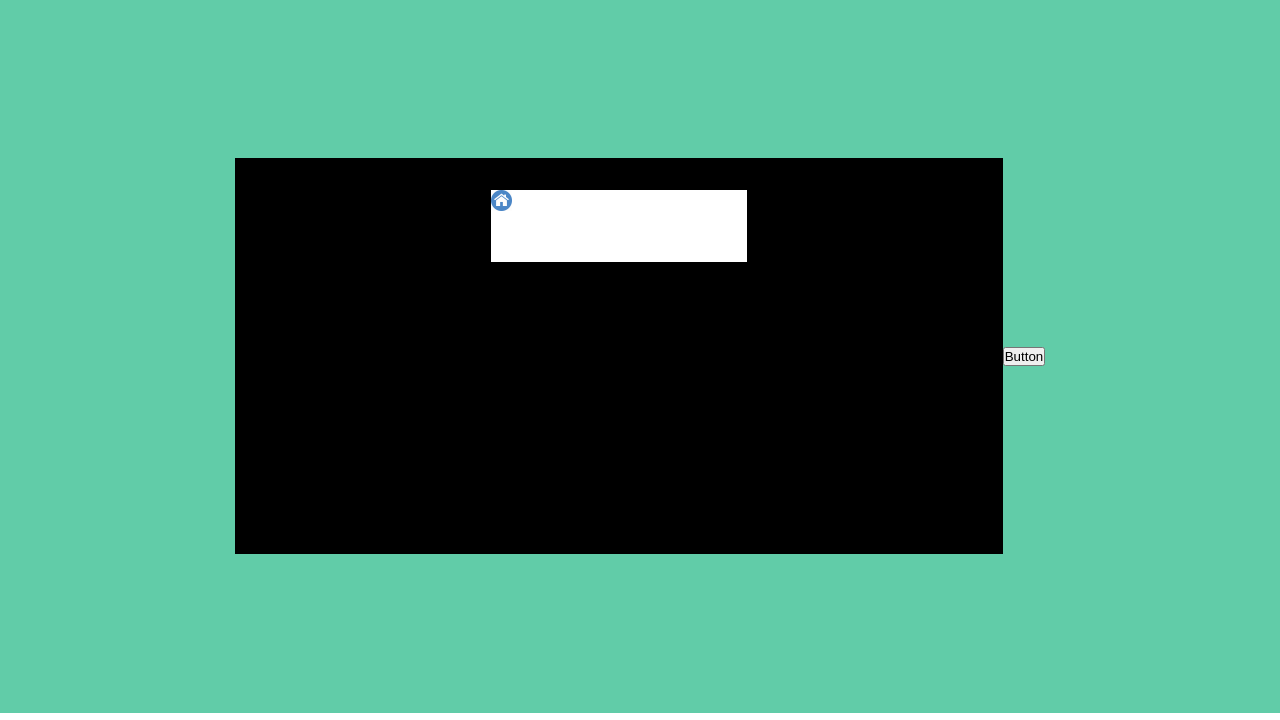
Repository: gitveerak/git-message-chat
Page: demo/demo1.html
The author's editor kept a copy of each file at every save. The page is drawn from the files as they stood at one save, then again after the next save.
The browser window is 1280 px wide. The pictures show the whole page.

Above is the page before, as saved 2025-04-20 18:09:28.

### demo/demo1.html
<!DOCTYPE html>
<html lang="en">
<head>
    <meta charset="UTF-8">
    <meta name="viewport" content="width=device-width, initial-scale=1.0">
    <title>Demo Page</title>
    <style>
        *{
            padding: 0;
            margin: 0;
            box-sizing: border-box;
        }
        .wrap{
            height: 99vh;
            width: 100vw;
            background-color: rgb(97, 204, 168);
            display: flex;
            justify-content: center;
            align-items: center;
        }
        .wrap_inner{
            background-color: black;
            width: 60vw;
            height: 55vh;
            position: relative;
        }
        .icon_bar{
            position: absolute;
            top: 2em;
            left: 50%;
            transform: translateX(-50%);
            width: 20vw;
            height: 10vh;
            background-color: white;
        }
    </style>
</head>
<body>
    <div class="wrap">
        <div class="wrap_inner">
            <div class="icon_bar">
                <img class="img_icon" src="home.png" alt="home_png">
            </div>
        </div>
        <button type="button" onclick="btn()">Button</button>
    </div>
    <script>
        // const icon = document.querySelector('.icon');
        // function btn() {
        //     icon.style.display='block';
        //     setTimeout(() => {
        //     icon.style.display='none';
        //     }, 6000);
        // }
    </script>
</body>
</html>

After the next save:
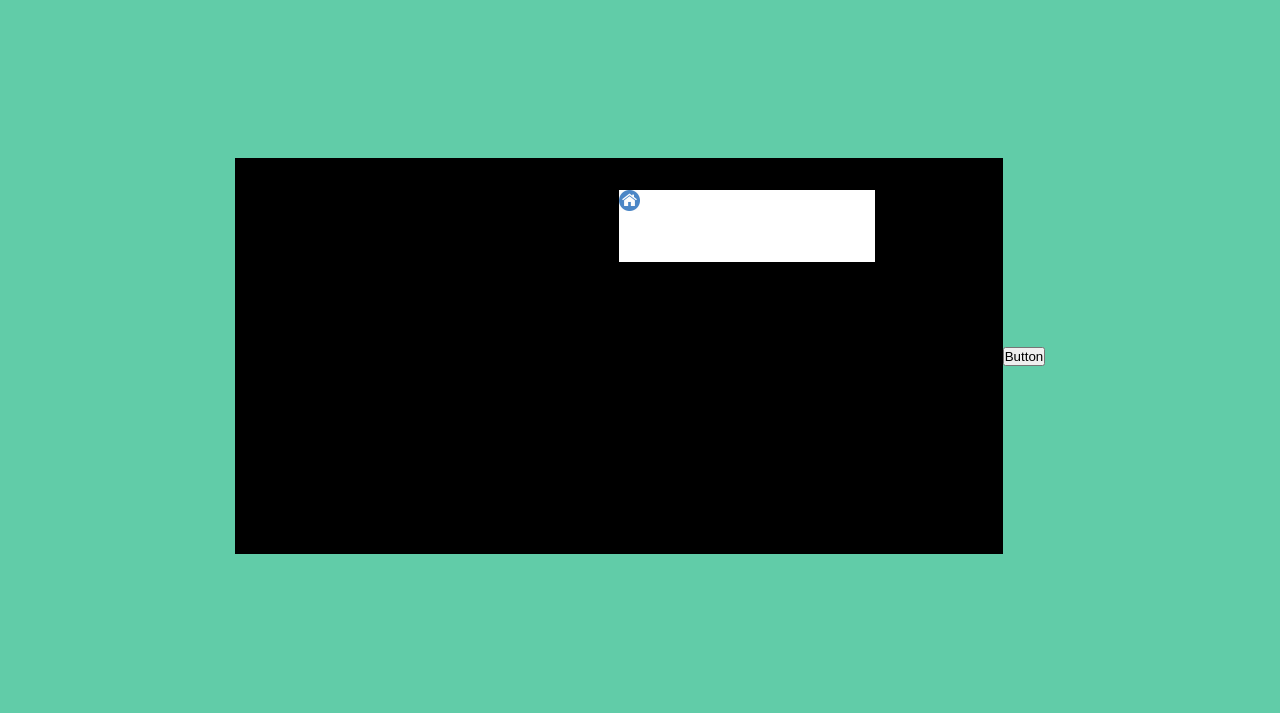
Saved 7 s later.
--- a/demo/demo1.html
+++ b/demo/demo1.html
@@ -28,7 +28,7 @@
             position: absolute;
             top: 2em;
             left: 50%;
-            transform: translateX(-50%);
+            transform: translateX(-50);
             width: 20vw;
             height: 10vh;
             background-color: white;

After the save that followed:
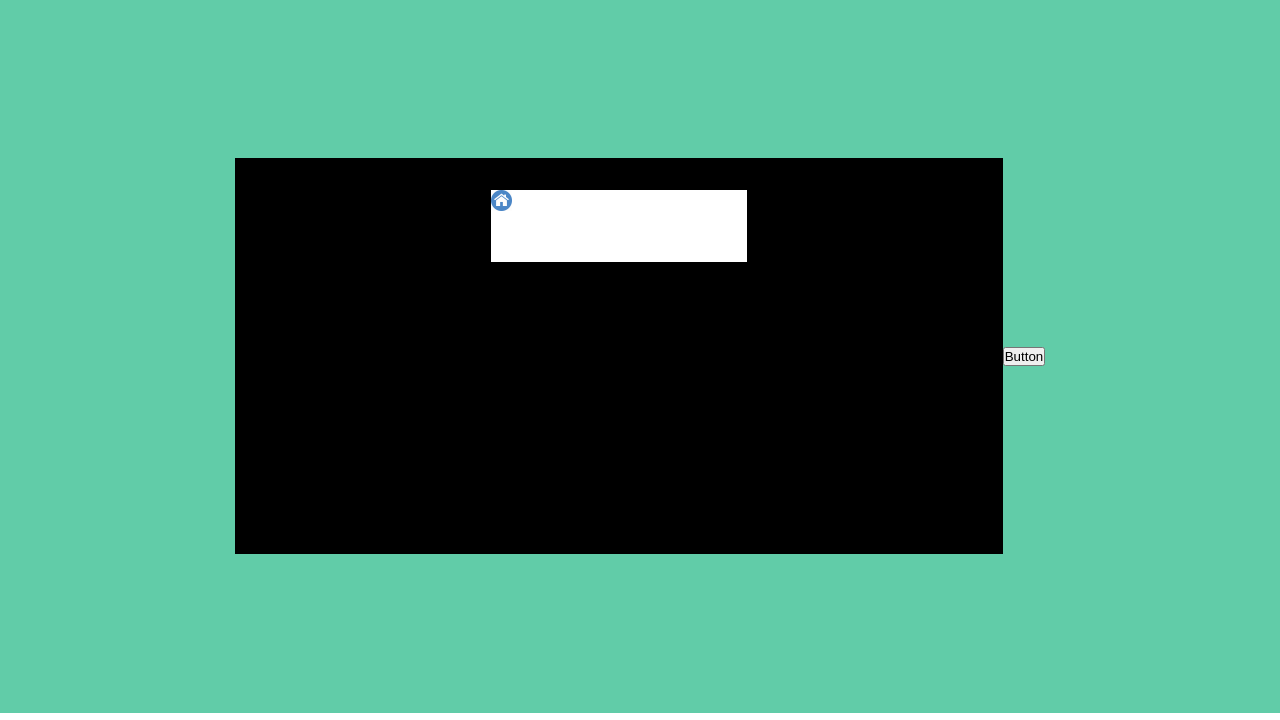
Saved 7 s later.
--- a/demo/demo1.html
+++ b/demo/demo1.html
@@ -28,7 +28,7 @@
             position: absolute;
             top: 2em;
             left: 50%;
-            transform: translateX(-50);
+            transform: translateX(-50%);
             width: 20vw;
             height: 10vh;
             background-color: white;
